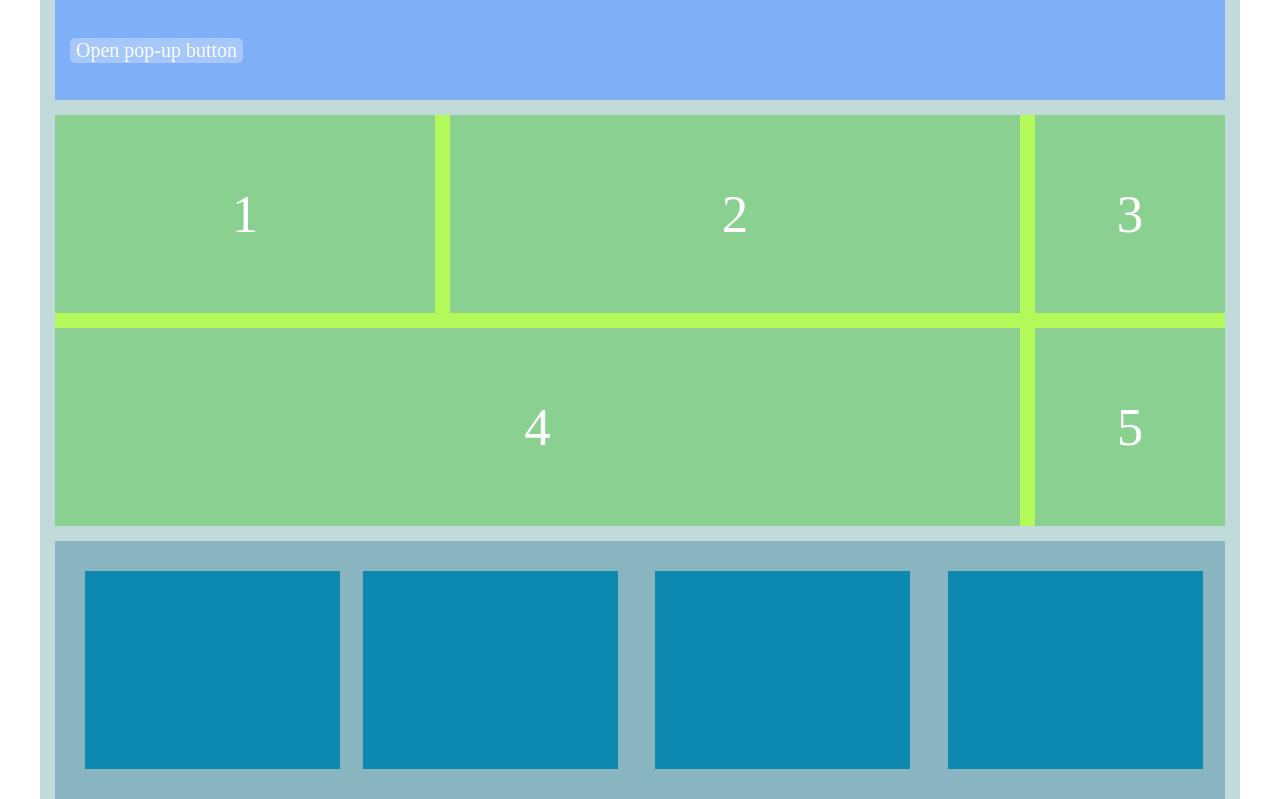
Repository: Evgenius190999999/nodasoft
Page: index.html
The author's editor kept a copy of each file at every save. The page is drawn from the files as they stood at one save, then again after the next save.
The browser window is 1280 px wide. The pictures show the whole page.
Some web libraries are served in a nearby version. The style sheet was rebuilt from its Sass, Less or Tailwind sources for each picture, by a compiler version that may differ from the author's.

Above is the page before, as saved 2022-07-08 15:16:34.

### index.html
<!DOCTYPE html>
<html lang="en">

<head>
    <meta charset="UTF-8">
    <meta http-equiv="X-UA-Compatible" content="IE=edge">
    <meta name="viewport" content="width=device-width, initial-scale=1.0">
    <link rel="stylesheet" href="./style/normalize.css">
    <link rel="stylesheet" href="./style/reset.css">
    <link rel="stylesheet" href="./style/style.css">
    <script src="https://kit.fontawesome.com/33ab42410f.js" crossorigin="anonymous"></script>
    <title>Nodasoft</title>
</head>

<body>
    <div class="wrapper">
        <header class="header container">
            <button class="open__popup">Open pop-up button</button>
        </header>
        <div class="main__block container">
            <div class="div__1">1</div>
            <div class="div__2">2</div>
            <div class="div__3">3</div>
            <div class="div__4">4</div>
            <div class="div__5">5</div>
        </div>
        <div class="second__block container">
            <div class="div1"> </div>
            <div class="div2"> </div>
            <div class="div3"> </div>
            <div class="div4"> </div>
        </div>
    </div>

</body>

</html>

### style/sass/style.sass

*, *::after, *::before
    box-sizing: border-box

.wrapper
    max-width: 1200px
    margin: 0 auto
    background: #C0DBD9

.header
    display: flex
    align-items: center
    justify-content: flex-start
    padding: 0 15px
    background: #7FAFF7
    height: 100px

.container
    max-width: 1170px
    margin: 0 auto

.open__popup
    background: #A5C7F9
    border-radius: 5px
    border: none
    font-size: 20px
    line-height: 23px
    color: #FFFFFF
    cursor: pointer

.main__block
    display: grid
    grid-template-columns: 2fr 3fr 1fr
    grid-template-rows: repeat(2, 1fr)
    grid-column-gap: 15px
    grid-row-gap: 15px
    background: #B3F95A
    font-size: 53px
    color: #FFFFFF
    margin: 15px auto
    div
        height: 198px
        background: #8AD191
        display: flex
        align-items: center
        justify-content: center

.div__1
    grid-area: 1 / 1 / 2 / 2
.div__2
    grid-area: 1 / 2 / 2 / 3
.div__3
    grid-area: 1 / 3 / 2 / 4
.div__4
    grid-area: 2 / 1 / 3 / 3
.div__5
    grid-area: 2 / 3 / 3 / 4

.second__block
    display: grid
    grid-template-columns: repeat(4, 1fr)
    grid-template-rows: 1fr
    grid-column-gap: 0px
    grid-row-gap: 0px
    background: #88B5BF
    div
        height: 198px
        background: #0D89B0
        margin: 30px 15px 30px 15px
        max-width: 255px
        width: 100%
        &:first-child
            margin-left: 30px
        &:last-child
            margin-right: 30px

.div1
    grid-area: 1 / 1 / 2 / 2
.div2
    grid-area: 1 / 2 / 2 / 3
.div3
    grid-area: 1 / 3 / 2 / 4
.div4
    grid-area: 1 / 4 / 2 / 5

Loaded but not shown: style/normalize.css (library); style/reset.css (common file)

After the next save:
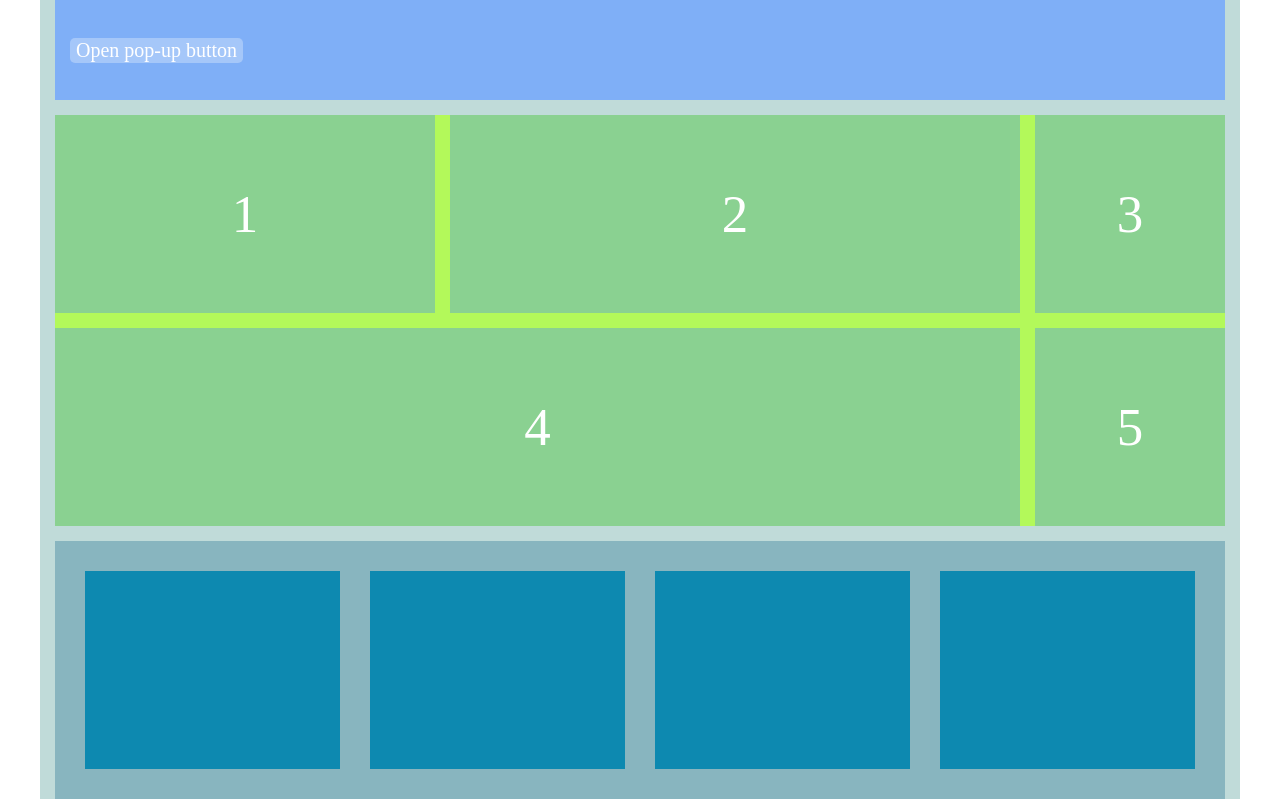
Saved 39 s later.
--- a/style/sass/style.sass
+++ b/style/sass/style.sass
@@ -58,7 +58,6 @@
 
 .second__block
     display: grid
-    grid-template-columns: repeat(4, 1fr)
     grid-template-rows: 1fr
     grid-column-gap: 0px
     grid-row-gap: 0px
